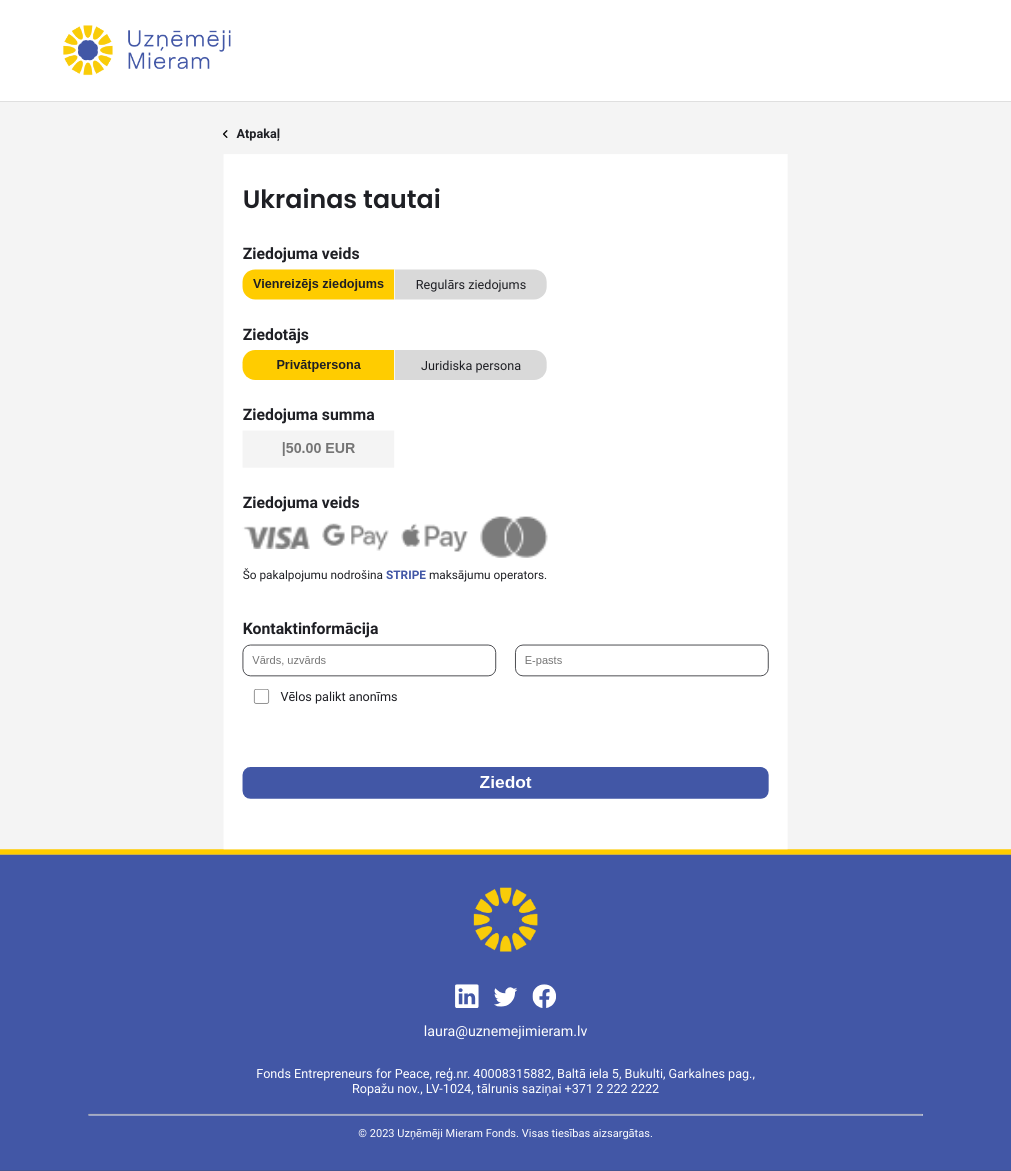
Repository: KatrinaPa/projekts11
Page: donate_Ukr-private-onetime.html
The author's editor kept a copy of each file at every save. The page is drawn from the files as they stood at one save, then again after the next save.
The browser window is 1280 px wide. The pictures show the whole page, at 79% of full size.

Above is the page before, as saved 2023-05-30 19:08:59.
Console error: TypeError: Cannot read properties of null (reading 'children')

After the next save:
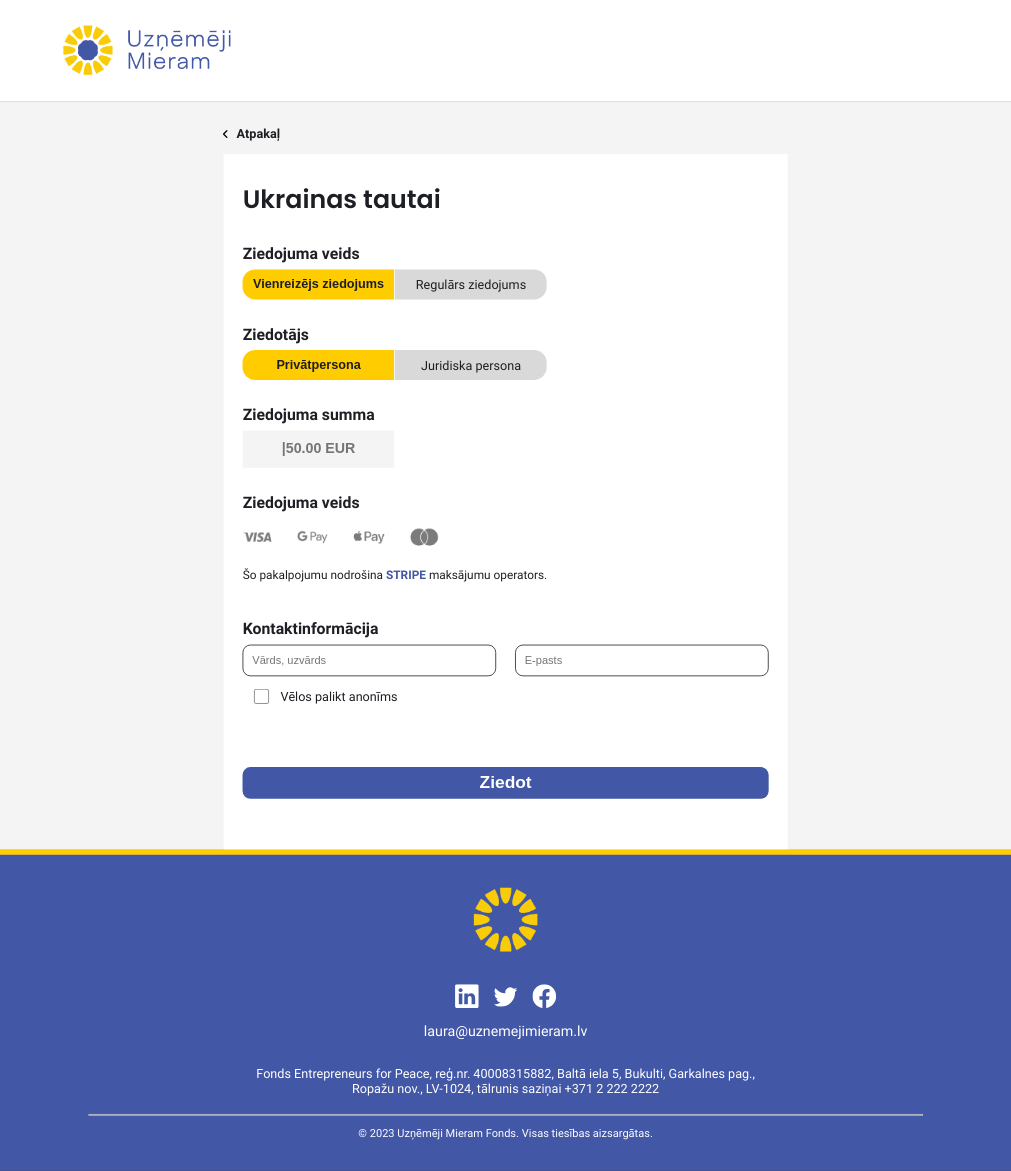
Saved 74 s later.
--- a/assets/donate-page.css
+++ b/assets/donate-page.css
@@ -126,12 +126,8 @@
 
 .payment_logo {
     align-items: center;
-    gap: 1rem;
+    gap: 2rem;
     height: 3rem;
-}
-
-.payment_logo img {
-    width: 50%;
 }
 
 #stripe_logo {
